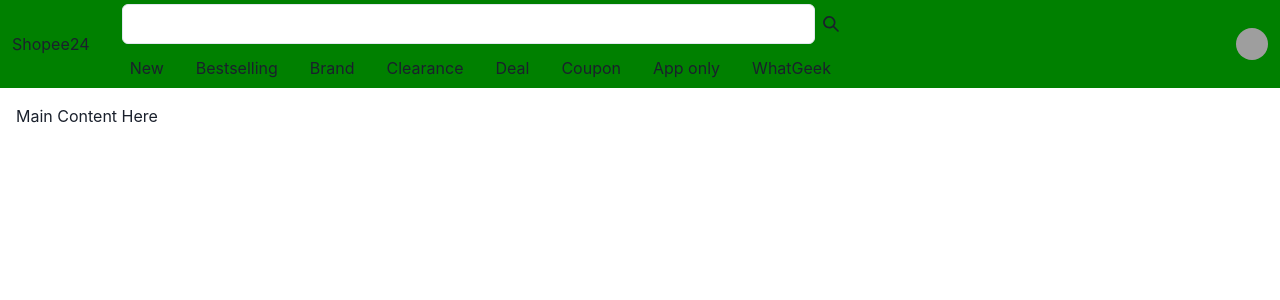
Repository: Vedprakas987/Shopee_cw24
Page: / (app in shopee_online/)
An editor plug-in stored every save of this project. The page is shown before and after a run of saves, followed by the edit.
The browser window is 1280 px wide. The pictures show the whole page.
Pictures or frames that could not be fetched are drawn as grey boxes. The project was rebuilt for these pictures with package versions that can differ from the ones it lists, and the page was loaded fresh each time.

Above is the page before, as saved 2022-12-15 22:33:22.

### shopee_online/src/index.js
import React from 'react';
import ReactDOM from 'react-dom/client';
import './index.css';
import App from './App';
import reportWebVitals from './reportWebVitals';
import { BrowserRouter } from 'react-router-dom';
import { ChakraProvider } from '@chakra-ui/react';
const root = ReactDOM.createRoot(document.getElementById('root'));
root.render(
  <ChakraProvider>
  <BrowserRouter>
    <App />
  </BrowserRouter>
  </ChakraProvider>

);

// If you want to start measuring performance in your app, pass a function
// to log results (for example: reportWebVitals(console.log))
// or send to an analytics endpoint. Learn more: https://bit.ly/CRA-vitals
reportWebVitals();

### shopee_online/src/App.js
import Navbar from "./Routes/Navbar";
function App() {
  return (
    <div className="App">
      <Navbar/>
    </div>
  );
}

export default App;

### shopee_online/src/Routes/Navbar.jsx
import { ReactNode } from 'react';
import { Input, VStack } from '@chakra-ui/react';
import {SearchIcon} from '@chakra-ui/icons'
import {
  Box,
  Flex,
  Avatar,
  HStack,
  Link,
  IconButton,
  Button,
  Menu,
  MenuButton,
  MenuList,
  MenuItem,
  MenuDivider,
  useDisclosure,
  useColorModeValue,
  Stack,
} from '@chakra-ui/react';
import { HamburgerIcon, CloseIcon } from '@chakra-ui/icons';

const Links = ['New','Bestselling','Brand','Clearance','Deal','Coupon','App only','WhatGeek',];

const NavLink = ({ children }) => (
  <Link
    px={2}
    py={1}
    rounded={'md'}
    _hover={{
      textDecoration: 'none',
      bg: useColorModeValue('gray.200', 'gray.700'),
    }}
    href={'#'}>
    {children}
  </Link>
);

export default function Navbar() {
  const { isOpen, onOpen, onClose } = useDisclosure();

  return (
    <>
      <Box bg={useColorModeValue('green', 'green')} px={7} padding="12px">
        <Flex h={16} alignItems={'center'} justifyContent={'space-between'}>
          <IconButton
            size={'md'}
            icon={isOpen ? <CloseIcon /> : <HamburgerIcon />}
            aria-label={'Open Menu'}
            display={{ md: 'none' }}
            onClick={isOpen ? onClose : onOpen}
          />
          <HStack spacing={8} alignItems={'center'}>
            <Box>
          <h1>
        Shopee24
            </h1>
            </Box>
            <VStack>
                <HStack w="100%">
                <Input bg="white" color="black"></Input>
                <SearchIcon cursor="pointer"/>

                </HStack>
            <HStack
              as={'nav'}
              spacing={4}
              display={{ base: 'none', md: 'flex' }}>
              {Links.map((link) => (
                <NavLink key={link}>{link}</NavLink>
              ))}
            </HStack>
            </VStack>
          </HStack>

          <Flex alignItems={'center'}>
            <Menu>
              <MenuButton
                as={Button}
                rounded={'full'}
                variant={'link'}
                cursor={'pointer'}
                minW={0}>
                <Avatar
                  size={'sm'}
                  src={
                    'https://images.unsplash.com/photo-1493666438817-866a91353ca9?ixlib=rb-0.3.5&q=80&fm=jpg&crop=faces&fit=crop&h=200&w=200&s=b616b2c5b373a80ffc9636ba24f7a4a9'
                  }
                />
              </MenuButton>
              <MenuList>
                <MenuItem>Link 1</MenuItem>
                <MenuItem>Link 2</MenuItem>
                <MenuDivider />
                <MenuItem>Link 3</MenuItem>
              </MenuList>
            </Menu>
          </Flex>
        </Flex>

        {isOpen ? (
          <Box pb={4} display={{ md: 'none' }}>
            <Stack as={'nav'} spacing={4}>
              {Links.map((link) => (
                <NavLink key={link}>{link}</NavLink>
              ))}
            </Stack>
          </Box>
        ) : null}
      </Box>

      <Box p={4}>Main Content Here</Box>
    </>
  );
}

Loaded but not shown: shopee_online/public/index.html (common file); shopee_online/src/index.css (common file); shopee_online/src/reportWebVitals.js (common file)

After the next 7 saves:
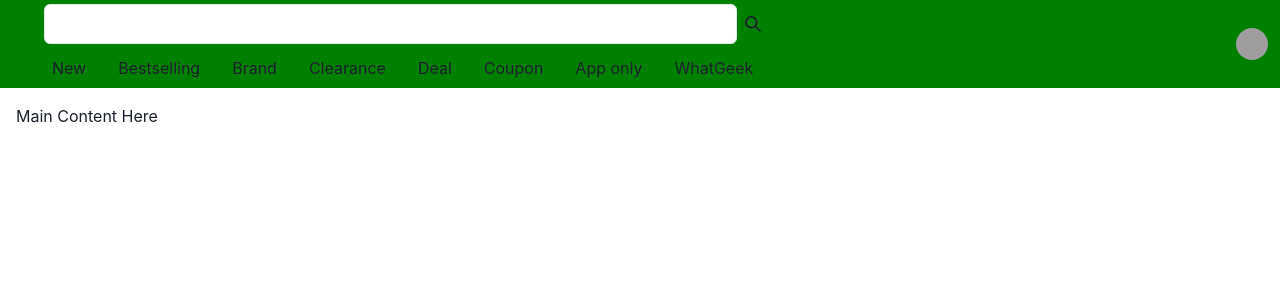
The 7 saves are shown as one change because they came seconds apart.
The last was saved 26 s later.
--- a/shopee_online/src/Routes/Navbar.jsx
+++ b/shopee_online/src/Routes/Navbar.jsx
@@ -52,9 +52,7 @@ export default function Navbar() {
           />
           <HStack spacing={8} alignItems={'center'}>
             <Box>
-          <h1>
-        Shopee24
-            </h1>
+
             </Box>
             <VStack>
                 <HStack w="100%">
